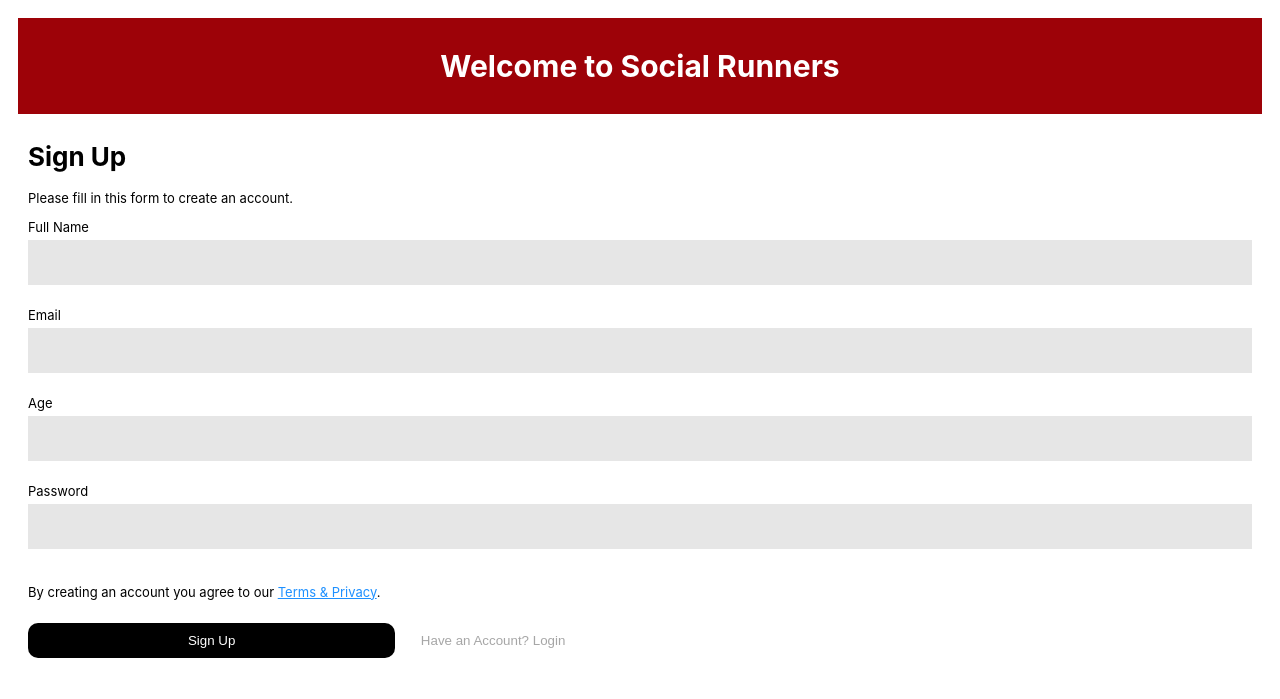
Repository: komalharjani/Social-Runners-Web-Application
Page: content/register.html
An editor plug-in stored every save of this project. The page is shown before and after the next save, followed by the edit.
The browser window is 1280 px wide. The pictures show the whole page.

Above is the page before, as saved 2020-05-11 18:10:29.

After the next save:
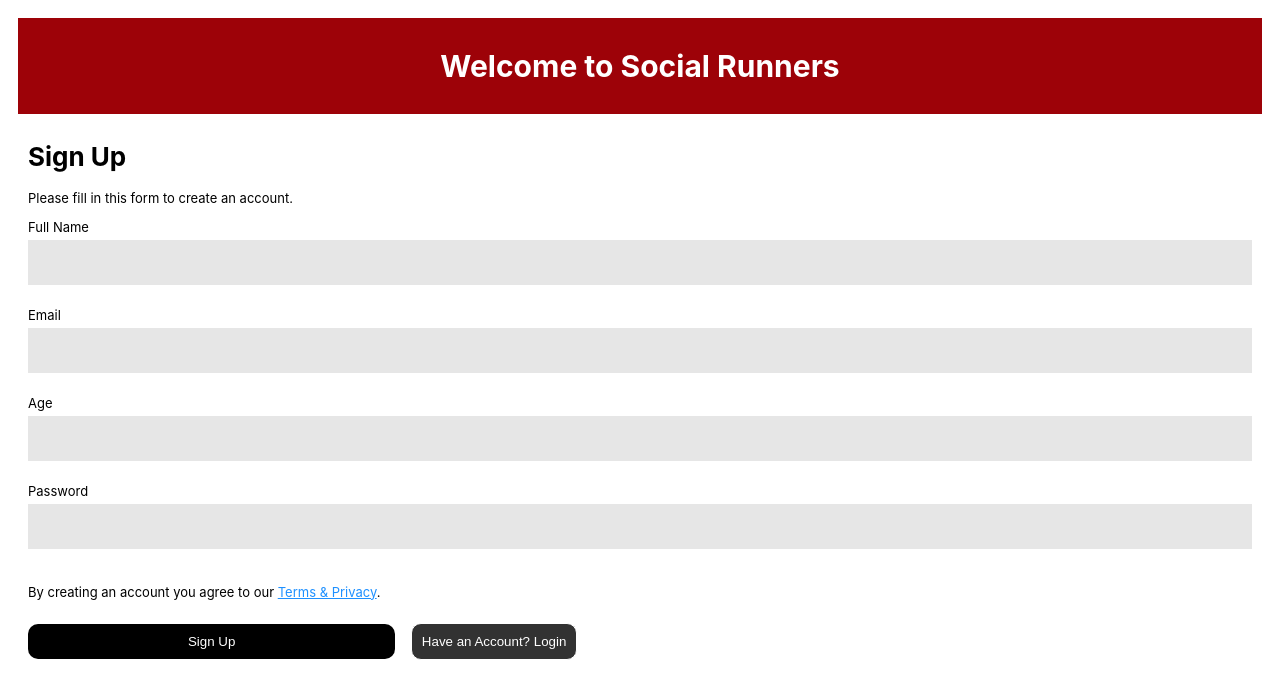
Saved 43 s later.
--- a/content/style.css
+++ b/content/style.css
@@ -336,8 +336,8 @@ hr {
   }
 
   .logoutBtn {
-    background-color: white;
-    color: rgb(145, 145, 145);
+    color: white;
+    border: 1px solid rgb(255, 255, 255);
     margin: 10px;
     opacity: 0.8;
   }
